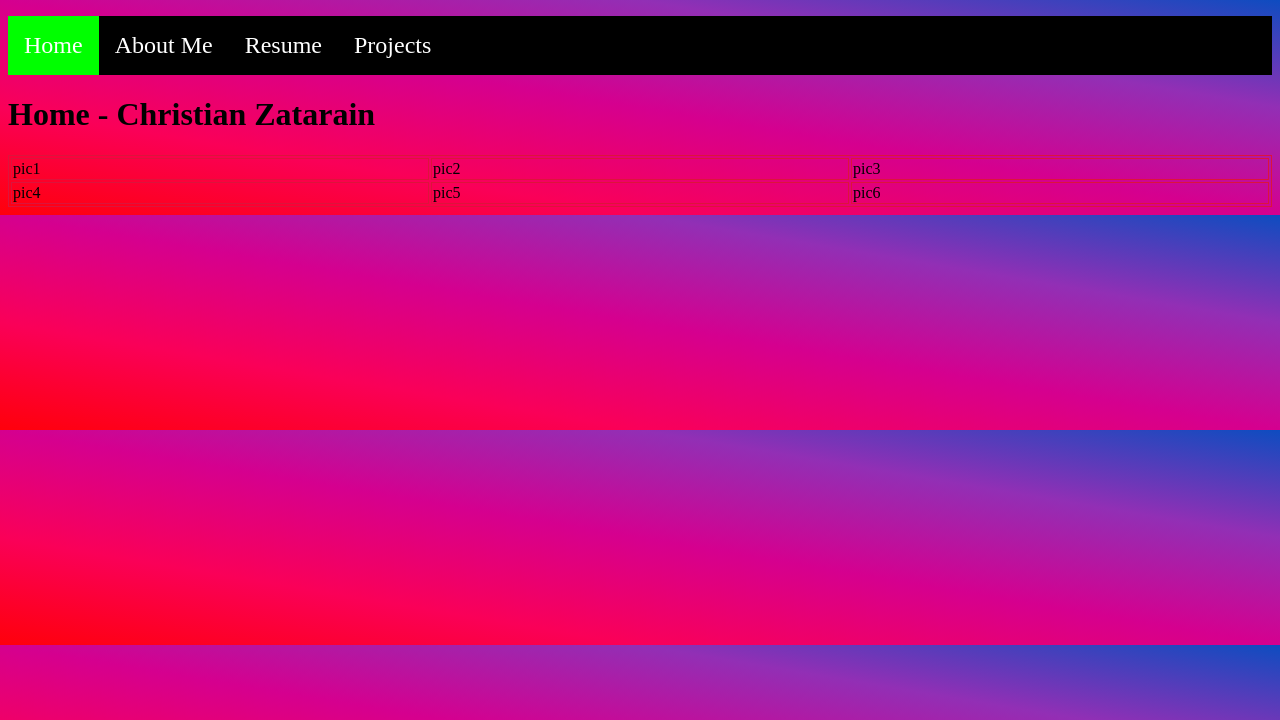
Repository: Zatarain10/Zatarain10.github.io
Page: index.html
The author's editor kept a record of every edit. The page is drawn from the files as they stood at one moment, then again after the next edit.
The browser window is 1280 px wide. The pictures show the whole page.

Above is the page before.

After the next edit:
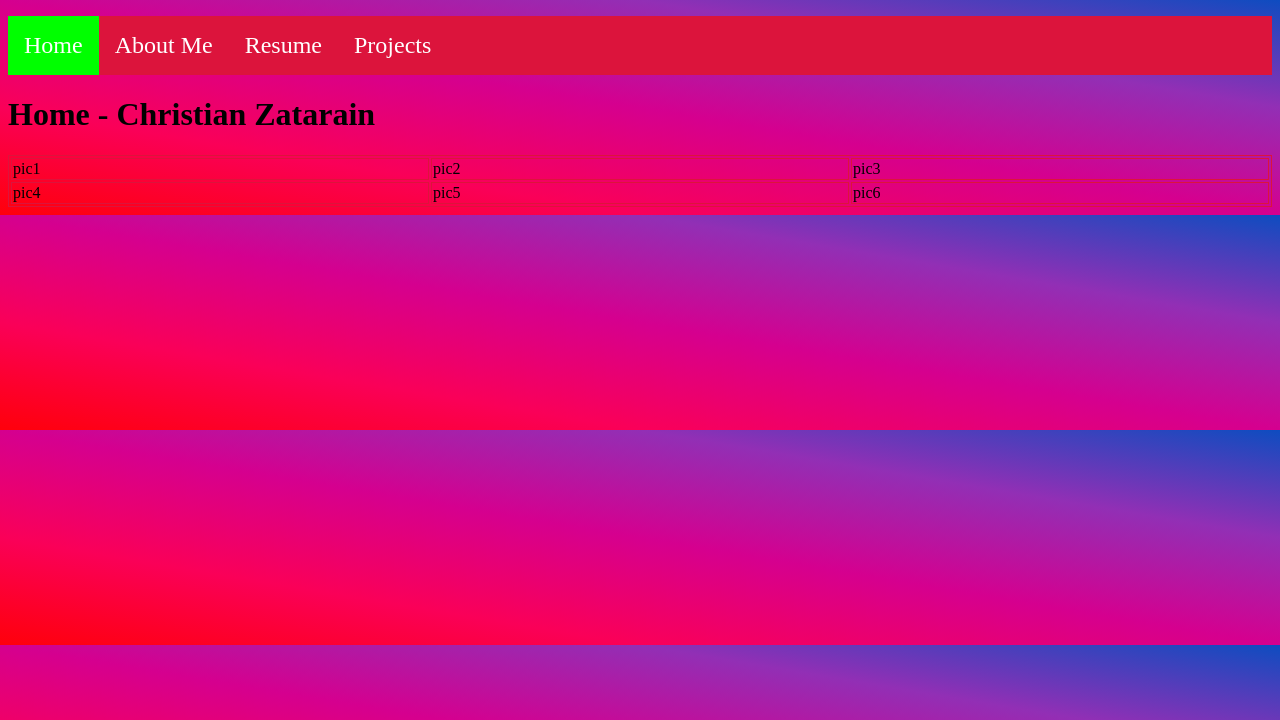
The edit:
--- a/style.css
+++ b/style.css
@@ -1,6 +1,6 @@
         .navbar{
             list-style:none;
-            background-color: Black;
+            background-color: Crimson;
             overflow:hidden;
             padding:0;
         }
